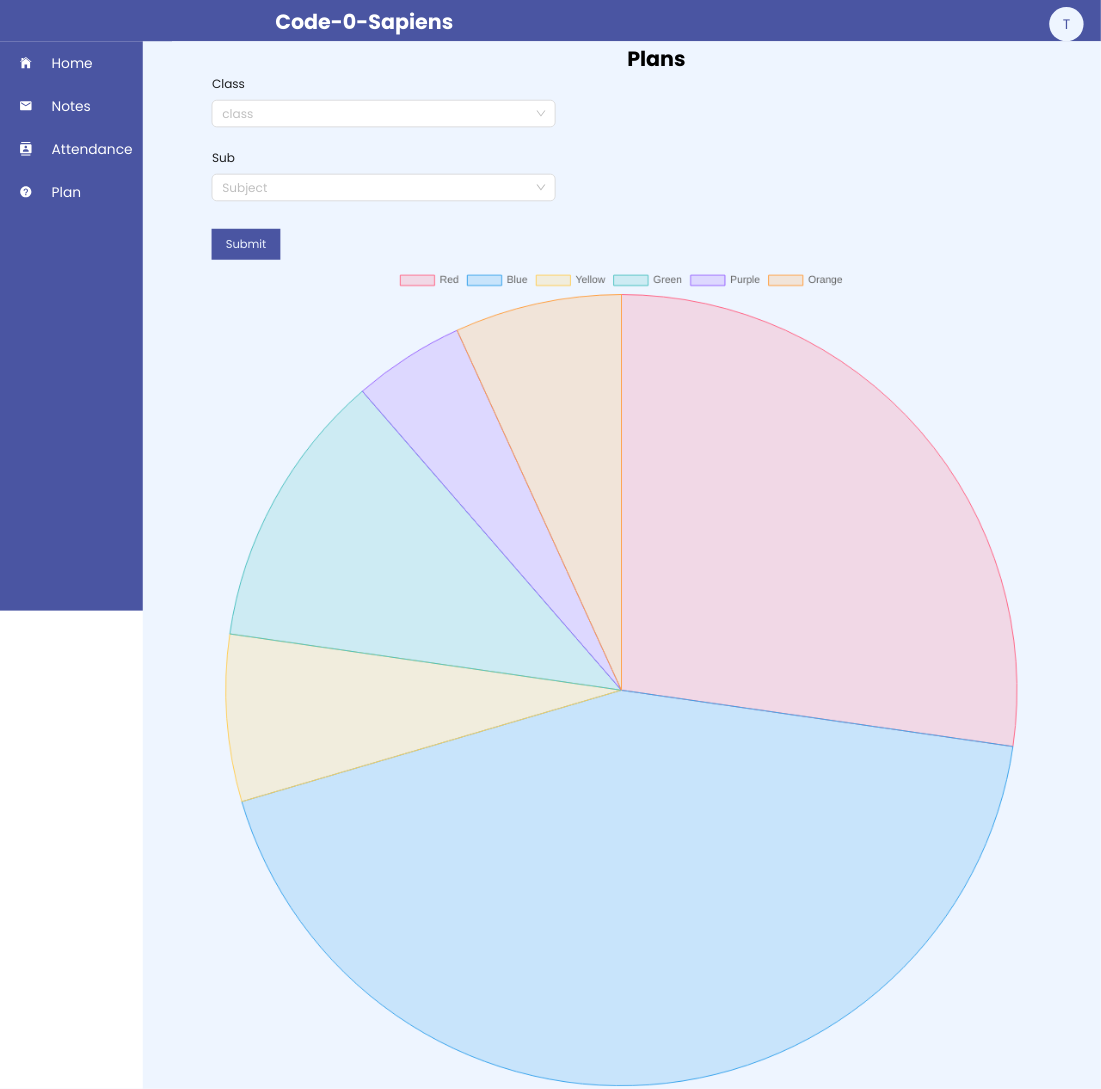
Repository: sinchana-P/code-0-sapiens
Page: /plans (app in client/)
These files come from the project's save history. The page is drawn as it stood at one moment and after a run of saves; the edit follows.
The browser window is 1280 px wide. The pictures show the whole page, at 86% of full size.
The project was rebuilt for these pictures with package versions that can differ from the ones it lists, and the page was loaded fresh each time. Also part of the build but not shown: client/src/components/auth/login/FormLayoutLogin.jsx, client/src/components/auth/login/Login.jsx, client/src/components/auth/register/FormLayoutRegister.jsx, client/src/components/auth/register/Register.jsx, client/src/components/homeScene/Home.jsx, client/src/components/notes/Notes.jsx, client/src/components/attendance/Attendance.jsx, client/src/components/profile/Profile.jsx and 5 more.

Above is the page before, as saved 2024-03-01 07:27:50.

### client/public/index.html
<!DOCTYPE html>
<html lang="en">
  <head>
    <meta charset="utf-8" />
    <link rel="icon" href="%PUBLIC_URL%/favicon.ico" />
    <meta name="viewport" content="width=device-width, initial-scale=1" />
    <meta name="theme-color" content="#000000" />
    <meta
      name="description"
      content="Web site created using create-react-app"
    />
    <link rel="apple-touch-icon" href="%PUBLIC_URL%/logo192.png" />
    <!--
      manifest.json provides metadata used when your web app is installed on a
      user's mobile device or desktop. See https://developers.google.com/web/fundamentals/web-app-manifest/
    -->
    <link rel="manifest" href="%PUBLIC_URL%/manifest.json" />
    <!--
      Notice the use of %PUBLIC_URL% in the tags above.
      It will be replaced with the URL of the `public` folder during the build.
      Only files inside the `public` folder can be referenced from the HTML.

      Unlike "/favicon.ico" or "favicon.ico", "%PUBLIC_URL%/favicon.ico" will
      work correctly both with client-side routing and a non-root public URL.
      Learn how to configure a non-root public URL by running `npm run build`.
    -->
    <link rel="preconnect" href="https://fonts.googleapis.com">
<link rel="preconnect" href="https://fonts.gstatic.com" crossorigin>
<link href="https://fonts.googleapis.com/css2?family=Poppins:ital,wght@0,100;0,200;0,300;0,400;0,500;0,600;0,700;0,800;0,900;1,100;1,200;1,300;1,400;1,500;1,600;1,700;1,800;1,900&display=swap" rel="stylesheet">
    <title>Code-0-Sapiens</title>
  </head>
  <body>
    <noscript>You need to enable JavaScript to run this app.</noscript>
    <div id="root"></div>
    <!--
      This HTML file is a template.
      If you open it directly in the browser, you will see an empty page.

      You can add webfonts, meta tags, or analytics to this file.
      The build step will place the bundled scripts into the <body> tag.

      To begin the development, run `npm start` or `yarn start`.
      To create a production bundle, use `npm run build` or `yarn build`.
    -->
  </body>
</html>

### client/src/index.js
import React from 'react';
import ReactDOM from 'react-dom/client';
import './index.css';
import App from './App';
import reportWebVitals from './reportWebVitals';
import { BrowserRouter } from 'react-router-dom'
import { apiSlice } from './api/apiSlice';
import {ApiProvider} from '@reduxjs/toolkit/query/react'

const root = ReactDOM.createRoot(document.getElementById('root'));
root.render(
  <BrowserRouter>
    <React.StrictMode>
      <ApiProvider api={apiSlice}>
        <App />
      </ApiProvider>
    </React.StrictMode>
  </BrowserRouter>,
);

// If you want to start measuring performance in your app, pass a function
// to log results (for example: reportWebVitals(console.log))
// or send to an analytics endpoint. Learn more: https://bit.ly/CRA-vitals
reportWebVitals();

### client/src/App.jsx

import './App.css';
import { useState } from 'react';
import { Routes, Route } from 'react-router-dom'
import Login from './components/auth/login/Login'
import Register from './components/auth/register/Register';
import Topbar from './components/global/topbar/Topbar';
import Sidebar from './components/global/sidebar/Sidebar';
import Home from './components/homeScene/Home';
import Notes from './components/notes/Notes';
import Plans from './components/plans/Plans';
import Attendance from './components/attendance/Attendance';
import Profile from './components/profile/Profile';
import StudentSidebar from './components/global/sidebar/StudentSidebar';
import StdHome from './components/stdHome/StdHome';
import StdAttendance from './components/stdAttendance/StdAttendance'
import StdNotes from './components/stdNotes/StdNotes';
import StdDoubts from './components/stdDoubts/StdDoubts';

function App() {
  const [userRole, setUserRole] = useState('Teacher')

  return (
    <div className="App">
      <div className='app-container'>

      <Topbar userRole={userRole}/>

        <div className='main-content'>
          <div className='left-content-container'>

          {
            userRole === 'Teacher' ? (<Sidebar /> ) : (<StudentSidebar /> )
          }

          </div>
          <div className='right-content-container'>
            <Routes>
              <Route path='/login' element={ <Login/> } />
              <Route path='/register' element={ <Register/> } />
              <Route path='/home' element={ <Home/> } />
              <Route path='/notes' element={ <Notes/> } />
              <Route path='/attendance' element={ <Attendance/> } />
              <Route path='/plans' element={ <Plans/> } />
              {/* <Route path='/profile' element={ <Profile/> } /> */}
              <Route path='/student' element={ <StdHome/> } />
              <Route path='/student/attendance' element={ <StdAttendance/> } />
              <Route path='/student/attendance' element={ <StdNotes/> } />
              <Route path='/student/attendance' element={ <StdDoubts/> } />
            </Routes>
          </div>
        </div>
      </div>

    </div>
  );
}

export default App;

### client/src/api/apiSlice.js
import {createApi,fetchBaseQuery} from '@reduxjs/toolkit/query/react'


export const apiSlice = createApi({
       reducerPath:"api",
       baseQuery:fetchBaseQuery({baseUrl:""}),
       tagTypes:['auth', 'student'],
       endpoints:(builder)=>({
        register: builder.mutation({
            query: (data) => ({
                url: '/register',
                method: "POST",
                body: data
            }),
            invalidatesTags:['auth']
        }),
        login: builder.mutation({
            query: (data) => ({
                url: '/login',
                method: "POST",
                body: data
            }),
            invalidatesTags:['auth']
        }),
            //   getTodos:builder.query({
            //          query:()=>'/auth',
            //          transformResponse: (res: Todo[]) =>  {
            //                 // Ensure res is an array before sorting
            //                 console.log(res);

            //                 if (Array.isArray(res)) {
            //                     return res.sort((a, b) => b.id - a.id);
            //                 } else {
            //                     return res;
            //                 }
            //             },

            //          providesTags:['todos']
            //   }),
            //   addTodo:builder.mutation({
            //          query:(todo)=>({
            //                 url:'/todos',
            //                 method:"POST",
            //                 body:todo
            //          }),
            //          invalidatesTags:['todos']
            //   }),
            //   updateTodo:builder.mutation({
            //          query:(todo)=>({
            //                 url:/todos/${todo.id},
            //                 method:'PATCH',
            //                 body:todo
            //          }),
            //          invalidatesTags:['todos']
            //   }),
            //   deleteTodo:builder.mutation({
            //          query:(id)=>({

            //                 url:/todos/${id},
            //                 method:'DELETE',
            //                 body:id
            //          }),
            //          invalidatesTags:['todos']
            //   })

       })
})

export const { useRegisterMutation,useLoginMutation } = apiSlice

### client/src/App.css
@import url('https://fonts.googleapis.com/css2?family=Poppins:ital,wght@0,100;0,200;0,300;0,400;0,500;0,600;0,700;0,800;0,900;1,100;1,200;1,300;1,400;1,500;1,600;1,700;1,800;1,900&display=swap');

* {
  font-family: "Poppins", sans-serif;
}

/* --- */
.full-width-container {
  width: 100%;
  display: flex;
  justify-content: center;
  align-items: center;
}
/* --- */

.right-content-container {
  background-color: #EEF5FF;
  display: flex;
  align-items: start;
  justify-content: center;
}

.app-container {
  display: flex;
  flex-direction: column;
}

.main-content {
  display: flex;
  flex-direction: row;
}

.left-content-container {
  width: 13vw;
}

.right-content-container {
  width: 87vw;

}

### client/src/components/global/topbar/Topbar.jsx
import React, {useState} from 'react'
import './Topbar.css'

const Topbar = ({userRole}) => {
  // const [userRole, setUserRole] = useState('Teacher')

  return (
    <div className='topbar-container'>
        <h2 style={{textAlign: 'left'}} className='logo-text'>Code-0-Sapiens</h2>

        <div className='profile-div'>
          {userRole === 'Teacher' ? 'T' : (userRole === 'Student' ? 'S' : '')}
        </div>
    </div>
  )
}

export default Topbar

### client/src/components/global/sidebar/Sidebar.jsx
import './Sidebar.css'
import { SidebarData } from './SidebarData';
import { Link, NavLink } from 'react-router-dom';


const Sidebar=()=> {
  return (
    <div className='sidebar'>
       <ul className='sidebarList'>
        {
        SidebarData.map((value,key)=>{
            return (
              <NavLink to={value.route} key={key} className='row' >
                <div id='icon'>{value.icon}</div>
                <div id='title'>{value.title}</div>
              </NavLink>
            )
        })
        }
       </ul>
    </div>
  )
}

export default Sidebar

### client/src/components/plans/Plans.jsx
import React, {useState} from 'react';
import { Form, Select, Checkbox } from 'antd';
import './Plans.css'
import { Chart as ChartJS, ArcElement, Tooltip, Legend } from 'chart.js';
import { Pie } from 'react-chartjs-2';


const SidebarData = [
  {
    cls_id: '8',
    sub_id: '1',
    mod_id: 'Module 1',
    chp_id: 'Chapter 1',
    completed: true
  },
  {
    cls_id: '8',
    sub_id: '1',
    mod_id: 'Module 1',
    chp_id: 'Chapter 2',
    completed: false
  },
  {
    cls_id: '8',
    sub_id: '1',
    mod_id: 'Module 1',
    chp_id: 'Chapter 3',
    completed: true
  },
  {
    cls_id: '8',
    sub_id: '1',
    mod_id: 'Module 1',
    chp_id: 'Chapter 4',
    completed: false
  },
  {
    cls_id: '8',
    sub_id: '1',
    mod_id: 'Module 1',
    chp_id: 'Chapter 5',
    completed: true
  },
  {
    cls_id: '8',
    sub_id: '1',
    mod_id: 'Module 2',
    chp_id: 'Chapter 1',
    completed: false
  },
  {
    cls_id: '8',
    sub_id: '1',
    mod_id: 'Module 2',
    chp_id: 'Chapter 2',
    completed: true
  },
  {
    cls_id: '8',
    sub_id: '1',
    mod_id: 'Module 2',
    chp_id: 'Chapter 3',
    completed: true
  },
  {
    cls_id: '8',
    sub_id: '1',
    mod_id: 'Module 2',
    chp_id: 'Chapter 4',
    completed: true
  },
  {
    cls_id: '8',
    sub_id: '1',
    mod_id: 'Module 2',
    chp_id: 'Chapter 5',
    completed: true
  }
];

const CheckboxGroup = Checkbox.Group;
ChartJS.register(ArcElement, Tooltip, Legend);

const Plans = () => {

    const [isSubmit, setIsSubmit] = useState(false)

    const data = {
      labels: ['Red', 'Blue', 'Yellow', 'Green', 'Purple', 'Orange'],
      datasets: [
        {
          label: '# of Votes',
          data: [12, 19, 3, 5, 2, 3],
          backgroundColor: [
            'rgba(255, 99, 132, 0.2)',
            'rgba(54, 162, 235, 0.2)',
            'rgba(255, 206, 86, 0.2)',
            'rgba(75, 192, 192, 0.2)',
            'rgba(153, 102, 255, 0.2)',
            'rgba(255, 159, 64, 0.2)',
          ],
          borderColor: [
            'rgba(255, 99, 132, 1)',
            'rgba(54, 162, 235, 1)',
            'rgba(255, 206, 86, 1)',
            'rgba(75, 192, 192, 1)',
            'rgba(153, 102, 255, 1)',
            'rgba(255, 159, 64, 1)',
          ],
          borderWidth: 1,
        },
      ],
    };

  // Grouping chapters by module
  const groupedChapters = SidebarData.reduce((acc, curr) => {
    const { mod_id, chp_id } = curr;
    if (!acc[mod_id]) {
      acc[mod_id] = [];
    }
    acc[mod_id].push(chp_id);
    console.log('acc');
    console.log(acc);
    return acc;
  }, {});

  const handleSubmit = () => {
    setIsSubmit(true)
  }

  return (
    <div className='plans-main'>
      <h2 className='heading'>Plans</h2>
        <Form
            layout="vertical"
            name="basic"
            labelCol={{ span: 8 }}
            wrapperCol={{ span: 16 }}
            style={{ maxWidth: 600 }}
            initialValues={{ remember: true }}
            autoComplete="off"
        >
            <Form.Item label="Class" rules={[{ required: true, message: 'Please select class!' }]}>
            <Select placeholder="class">
                <Select.Option value="class8">Class 8</Select.Option>
                <Select.Option value="class9">Class 9</Select.Option>
                <Select.Option value="class10">Class 10</Select.Option>
            </Select>
            </Form.Item>
            <Form.Item label="Sub" rules={[{ required: true, message: 'Please select class!' }]}>
            <Select placeholder="Subject">
                <Select.Option value="maths">Maths</Select.Option>
                <Select.Option value="science">Science</Select.Option>
                <Select.Option value="social">Social</Select.Option>
            </Select>
            </Form.Item>
        </Form>

        <button onClick={handleSubmit}>Submit</button>

        <div>
            <div>
                {isSubmit && (
                    <>
                    {Object.keys(groupedChapters).map((module, index) => (

                      <div key={index} className='module-chapters-checkbox'>
                      <h3>{module}</h3>
                      <CheckboxGroup>
                          {groupedChapters[module].map((chapter, i) => (
                          <Checkbox checked key={i} value={chapter} style={{width: '1200px'}} >
                              {chapter}
                          </Checkbox>
                          ))}
                      </CheckboxGroup>

                      </div>

                  ))}
                  <button>Update Plan</button>
                    </>


                )}


            </div>

            <div>
              <Pie
                data={data}
                width={50}
                height={50}
              />
            </div>



        </div>


      </div>

  );
}

export default Plans;

### client/src/components/auth/login/Login.css
.login-container{
    padding: 1rem 0;
    /* background-color: pink; */
    width: 50vw;

}

h2 {
    text-align: center;
    margin-left: 20rem;
}

### client/src/components/auth/register/Register.css
.register-container{
    padding: 1rem 0;
    /* background-color: pink; */
    width: 50vw;

}

h2 {
    text-align: center;
    margin-left: 20rem;
}

### client/src/components/global/topbar/Topbar.css
.topbar-container {
    background-color: #4A55A2;
    min-width: 95vw;
    height: 4rem;
    display: flex;
    flex-direction: row;
    justify-content: space-between;
}

.profile-div {
    background-color: #EEF5FF;
    color: #4a55a2;
    width: 40px;
    height: 40px;
    border-radius: 50%;
    display: flex;
    justify-content: center;
    align-items: center;
    margin-top: 8px;
    margin-right: 20px;
}

.logo-text {
    color: white;
    /* text-align: center; */
    margin-top: 0.5rem;
}

### client/src/components/global/sidebar/Sidebar.css
*{
    margin: 0;
    padding: 0;
  }
  .App{
    width: 100vw;
    height: 100vh;
    display: flex;
  }

  .sidebar{
    height: 92vh;
    width: 200px;
    background-color: #4A55A2;
  }

  .sidebarList{
    height: auto;
    width: 100%;
    padding: 0;
  }

  .sidebarList .row{
    width: 100%;
    height: 50px;
    list-style-type: none;
    margin: 0;
    display: flex;
    flex-direction: row;
    color: white;
    justify-content: center;
    align-items: center;
    text-decoration: none;
  }

  .sidebarList .row:hover{
    cursor: pointer;
    background-color: #EEF5FF;
    color: black;

  }

  .row #icon{
    flex: 30%;
    display: grid;
    place-items: center;
  }

  .row #title{
    flex: 70%;
  }

  .row .active {
    background-color: #EEF5FF;
    color: black;
  }

### client/src/components/global/sidebar/SidebarData.js
import { IoIosHome,IoMdHelpCircle } from "react-icons/io";
import { MdEmail,MdContacts } from "react-icons/md";
import { FaRegCalendarCheck } from "react-icons/fa";


export const SidebarData=[
       {
              title:"Home",
              icon:<IoIosHome />,
              route:"/"
       },
       {
              title:"Notes",
              icon:<MdEmail />,
              route:"/notes"
       },
       {
              title:"Attendance",
              icon:<MdContacts />,
              route:"/attendance"
       },
       {
              title:"Plan",
              icon:<IoMdHelpCircle />,
              route:"/plans"
       },
       // {
       //        title:"Profile",
       //        icon:<FaRegCalendarCheck />,
       //        route:"/profile"
       // },
]

### client/src/components/notes/Notes.css
.notes-main {
    width: 87vw;
}

.heading {
    margin-left: 28rem;
}

.notes-container{
    margin: 1rem 18rem;
}

.notes-form-container {
    padding: 1rem 0;
}

.notes-upload-main {
    display: flex;
    flex-direction: row;
}


.notes-upload-container {
    display: flex;
    flex-direction: column;
}

.notes-pdf, .notes-link {
    display: flex;
    flex-direction: row;
    padding: 0.5rem 0;
}

.notes-upload-container {
    padding: 0rem 1rem;
}

p{
    font-weight: bold;
}

### client/src/components/plans/Plans.css
.plans-main{
    width: 87vw;
    padding: 0.2rem 5rem;
    /* max-height: 90vh; */

}

.module-chapters-checkbox {
    display: flex;
    flex-direction: column;
    justify-content: start;
}

.heading {
    margin-left: 5rem;
}

### client/src/components/attendance/Attendance.css
.attendance-main {
    /* background-color: pink; */
    width: 80vw;
}

.attendance-class {
    /* background-color: pink; */
}

.attendance-class-inputs-container {
    display: flex;
    flex-direction: row;
    min-width: 80vw;
}

.attendance-class-each {
    width: 15rem;
    margin: 2rem;
}

button {
    background-color: #4a55a2;
    color: #EEF5FF;
    border: none;
    padding: 0.5rem 1rem;
    margin: 0.5rem 0;
}

button:hover {
    background-color: #b9cae3;
    color: #4a55a2;
    cursor: pointer;
}

### client/src/components/global/sidebar/StudentSidebarData.js
import { IoIosHome,IoMdHelpCircle } from "react-icons/io";
import { MdEmail,MdContacts } from "react-icons/md";
import { FaRegCalendarCheck } from "react-icons/fa";


export const StudentSidebarData=[
       {
              title:"Home",
              icon:<IoIosHome />,
              route:"/student"
       },
       {
              title:"Attendance",
              icon:<MdEmail />,
              route:"/student/attendance"
       },
       {
              title:"Notes",
              icon:<MdContacts />,
              route:"/student/notes"
       },
       {
              title:"Doubts",
              icon:<IoMdHelpCircle />,
              route:"/student/doubts"
       },
       // {
       //        title:"Profile",
       //        icon:<FaRegCalendarCheck />,
       //        route:"/profile"
       // },
]

### client/src/components/stdAttendance/StdAttendance.css
.attendance-main {
    /* background-color: pink; */
    width: 87vw;
    padding: 1rem 20rem;
}

.attendance-class {
    /* background-color: pink; */
}

.attendance-class-inputs-container {
    display: flex;
    flex-direction: row;
    min-width: 80vw;
}

.attendance-class-each {
    width: 15rem;
    margin: 2rem;
}

button {
    background-color: #4a55a2;
    color: #EEF5FF;
    border: none;
    padding: 0.5rem 1rem;
    margin: 0.5rem 0;
}

button:hover {
    background-color: #b9cae3;
    color: #4a55a2;
    cursor: pointer;
}

.header {
    margin: 1rem 5rem;
}

Loaded but not shown: client/src/index.css (common file); client/src/reportWebVitals.js (common file)

After the next 2 saves:
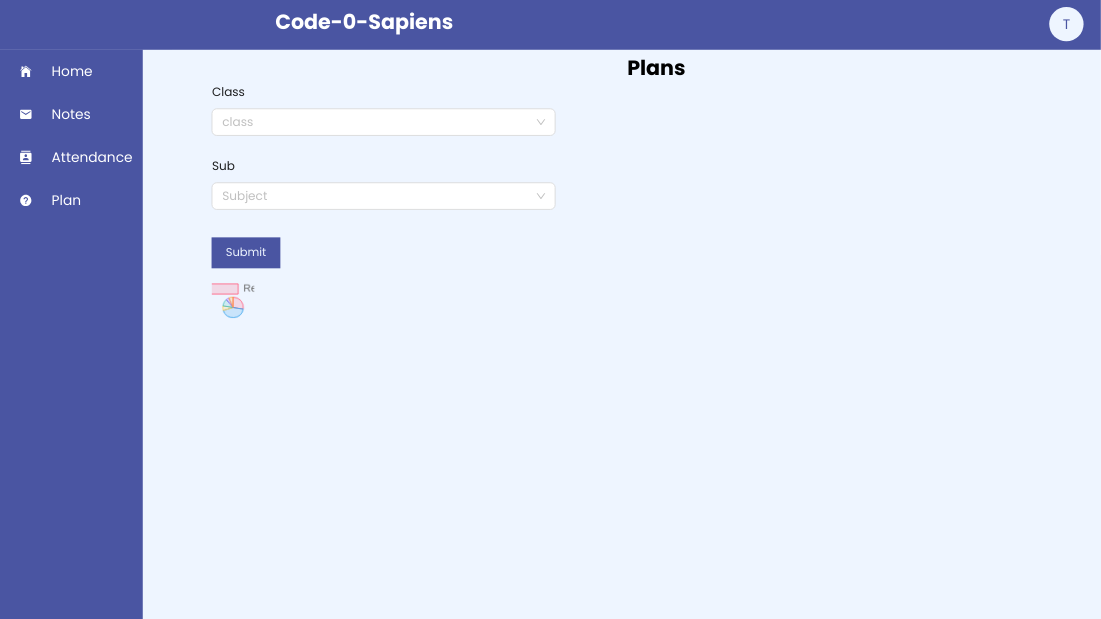
The 2 saves are shown as one change because 1 did not build or start.
The last was saved 14 s later.
--- a/client/src/components/plans/Plans.jsx
+++ b/client/src/components/plans/Plans.jsx
@@ -186,7 +186,7 @@ const Plans = () => {
 
             </div>
 
-            <div>
+            <div style={{width:'50px'}}>
               <Pie
                 data={data}
                 width={50}
